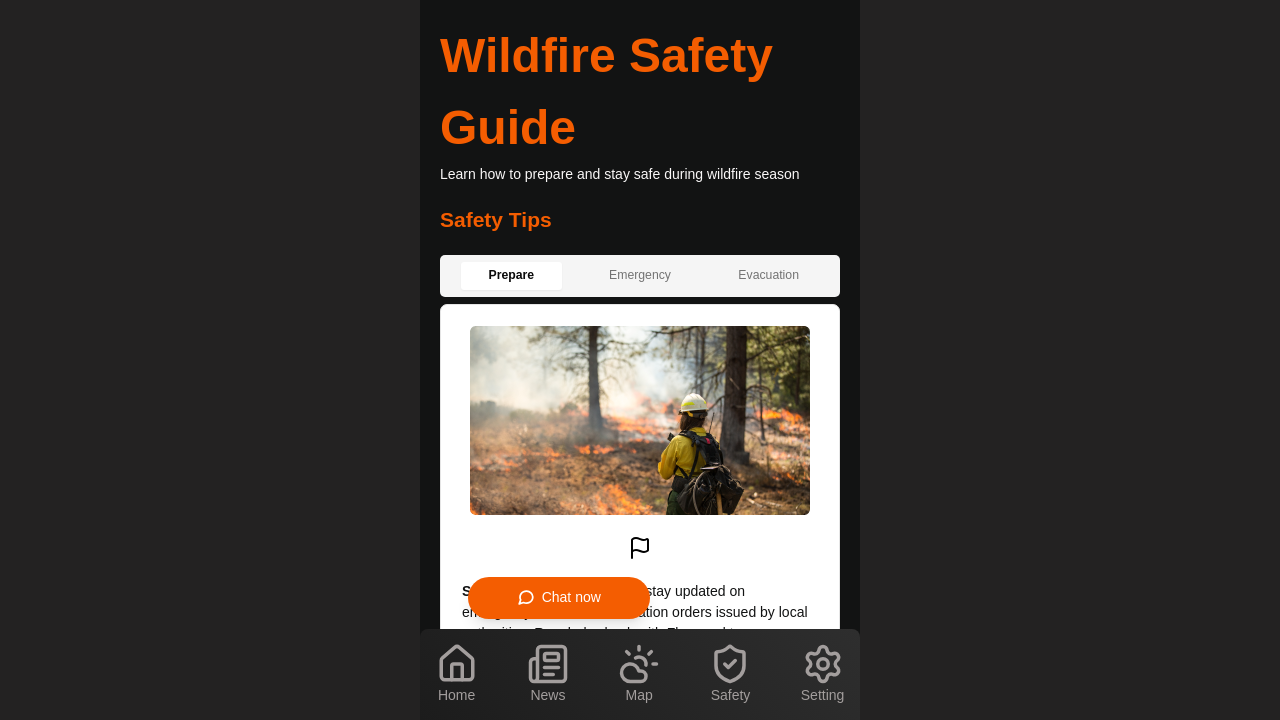
Repository: BCITKevin/Flare_IDSP
Page: /safety
These files come from the project's save history. The page is drawn as it stood at one moment and after the next save; the edit follows.
The browser window is 1280 px wide. The pictures show the whole page.
An inner scrolling area shows only its first screen. Some web fonts or font styles are not loaded; a fallback is used. The project was rebuilt for these pictures with package versions that can differ from the ones it lists, and the page was loaded fresh each time. The framework's server and built-in components were replaced by stand-ins that run in the browser. Also part of the build but not shown: next.config.js, next.config.mjs.

Above is the page before, as saved 2024-11-30 07:13:26.

After the next save:
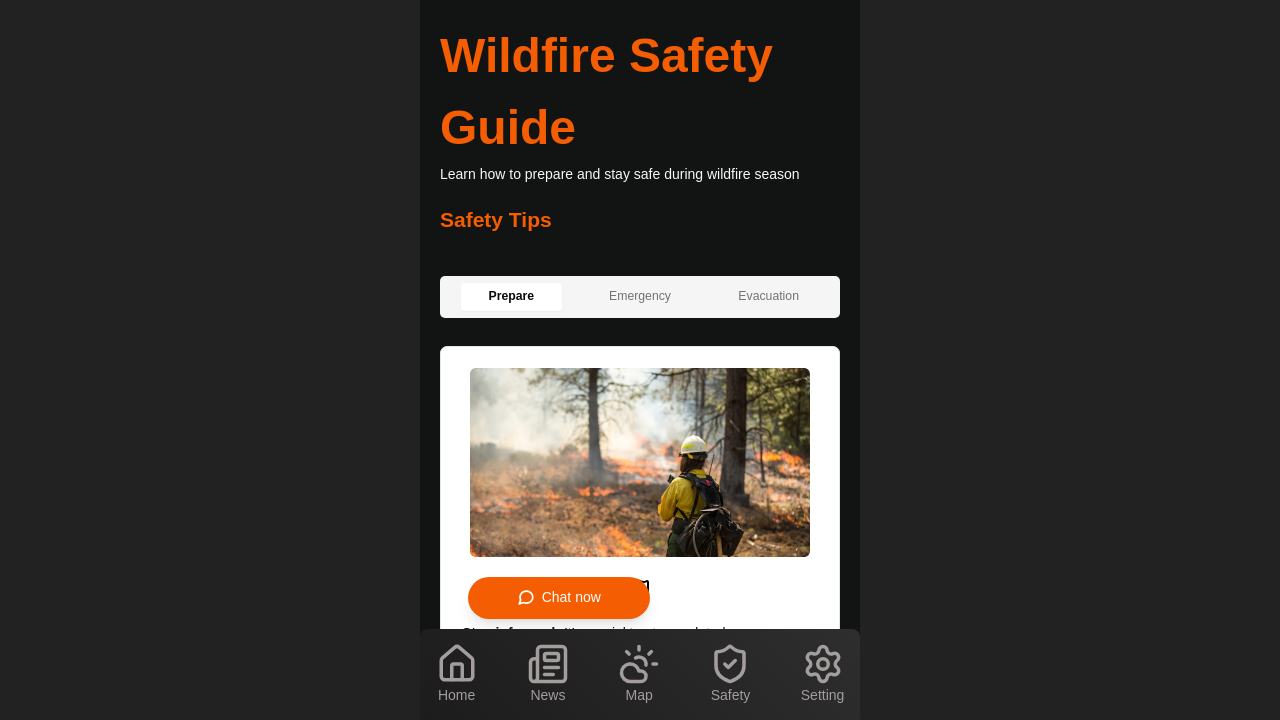
Saved 20 min 39 s later.
--- a/src/app/safety/page.tsx
+++ b/src/app/safety/page.tsx
@@ -191,7 +191,7 @@ export default function Safety() {
                 </div>
                 <div className="mt-2">
                 <Tabs defaultValue="Prepare" className="w-full flex flex-col" onValueChange={setActiveTab}>
-                        <TabsList className="space-x-8 p-6">
+                        <TabsList className="space-x-8 p-6 my-6">
                             <TabsTrigger value="Prepare" className={`w-full ${activeTab === 'Prepare' ? styles.activeTab : ''}`}>Prepare</TabsTrigger>
                             <TabsTrigger value="Emergency" className={`w-full ${activeTab === 'Emergency' ? styles.activeTab : ''}`}>Emergency</TabsTrigger>
                             <TabsTrigger value="Evacuation" className={`w-full ${activeTab === 'Evacuation' ? styles.activeTab : ''}`}>Evacuation</TabsTrigger>
